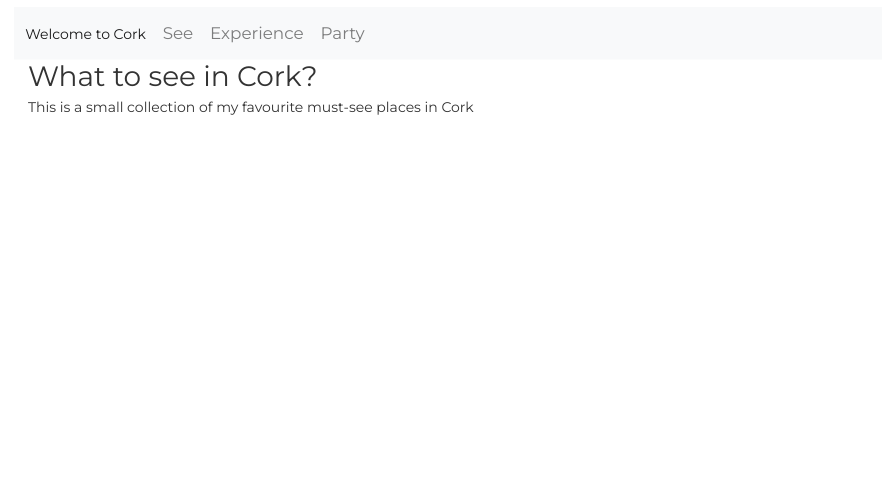
Repository: Maja-Jer/Welcome-to-Cork
Page: index.html
The author's editor kept a record of every edit. The page is drawn from the files as they stood at one moment, then again after the next edit.
The browser window is 1280 px wide. The pictures show the whole page, at 70% of full size.
Some web libraries are served in a nearby version.

Above is the page before.
Console error: TypeError: Cannot read properties of undefined (reading 'fn')

### index.html
<!DOCTYPE html>
<html lang="en">

<head>
    <meta charset="UTF-8">
    <meta name="viewport" content="width=device-width, initial-scale=1">
    <meta http-equiv="X-UA-Compatible" content="ie=edge">
    <link rel="stylesheet" href="https://stackpath.bootstrapcdn.com/bootstrap/4.3.1/css/bootstrap.min.css" integrity="sha384-ggOyR0iXCbMQv3Xipma34MD+dH/1fQ784/j6cY/iJTQUOhcWr7x9JvoRxT2MZw1T" crossorigin="anonymous">
    <script src="https://stackpath.bootstrapcdn.com/bootstrap/4.3.1/js/bootstrap.min.js" integrity="sha384-JjSmVgyd0p3pXB1rRibZUAYoIIy6OrQ6VrjIEaFf/nJGzIxFDsf4x0xIM+B07jRM" crossorigin="anonymous"></script>
    <link rel="stylesheet" href="https://use.fontawesome.com/releases/v5.6.1/css/all.css" integrity="sha384-gfdkjb5BdAXd+lj+gudLWI+BXq4IuLW5IT+brZEZsLFm++aCMlF1V92rMkPaX4PP" crossorigin="anonymous">
    <link href="https://fonts.googleapis.com/css?family=Montserrat" rel="stylesheet">
    <link rel="stylesheet" href="assets/style.css" type="text/css" />
    <title>Welcome to Cork, the REAL capital of Ireland</title>
</head>

<body>

    <!---------------Navgation-------->
    <nav class="navbar navbar-light bg-light navbar-expand-sm">
        <a href="/" class="navbar-brand">Welcome to Cork</a>

        <!---------------Dropdown menu-------->
        <button class="navbar-toggler ml-auto" type="button" data-toggle="collapse" data-target="#navbarNavDropdown" aria-controls="navbarNavDropdown" aria-expanded="false" aria-label="Toggle navigation">
        <span class="navbar-toggler-icon"></span></button>

        <div class="collapse navbar-collapse" id="navbarNavDropdown">
            <ul class="navbar-nav mr-auto">
                <li class="nav-item mr-2"><a class="nav-link" href="#see">See</a></li>
                <li class="nav-item mr-2"><a class="nav-link" href="#experience">Experience</a></li>
                <li class="nav-item mr-2"><a class="nav-link" href="#party">Party</a></li>

            </ul>
        </div>

    </nav>

    <!--------------- Title -------->
    <div class="container-fluid title">
       <h1>What to see in Cork?</h1>
       <h5>This is a small collection of my favourite must-see places in Cork</h5>
    </div>


    <!--------------- Sites -------->

    <div class="container-fluid all-sites>


    </div>


     <!--------------- Footer -------->

    <footer class="bg-secondary mt-5 p-3">
        <div class="container-fluid">
            <div class="col-12 text-white">
                <h3>Developed by Maja Jercic 2019</h3>
            </div>
        </div>
    </footer>

    <script src="https://stackpath.bootstrapcdn.com/bootstrap/4.3.1/js/bootstrap.min.js" integrity="sha384-JjSmVgyd0p3pXB1rRibZUAYoIIy6OrQ6VrjIEaFf/nJGzIxFDsf4x0xIM+B07jRM" crossorigin="anonymous"></script>
    <script src="https://code.jquery.com/jquery-3.3.1.slim.min.js" integrity="sha384-q8i/X+965DzO0rT7abK41JStQIAqVgRVzpbzo5smXKp4YfRvH+8abtTE1Pi6jizo" crossorigin="anonymous"></script>
    <script src="https://cdnjs.cloudflare.com/ajax/libs/popper.js/1.14.7/umd/popper.min.js" integrity="sha384-UO2eT0CpHqdSJQ6hJty5KVphtPhzWj9WO1clHTMGa3JDZwrnQq4sF86dIHNDz0W1" crossorigin="anonymous"></script>

</body>


</html>

### assets/style.css
/*----------------------- header*/

head {
  font-family: 'Roboto', sans-serif;
}

body {
  font: 20px Montserrat, sans-serif;
  line-height: 1.8;
  color: #333;
  display: block;
  padding: 10px 20px 75px 20px;


}

/*----------------------navigation bar*/

ul {
  list-style-type: none;
  margin: 0;
  padding: 0;
  overflow: hidden;
  font-weight: normal;
  font-size: 24px;
}

li {
  float: left;
}

navbar-brand {
  color: black;
}

li a {
  display: block;
  color: white;
  text-align: center;
  padding: 14px 16px;
  text-decoration: none;

}

li a:hover {
  background-color: #9FA8DA;
  color: white;
  text-decoration: none;
  font-weight: bold;
}

/*---------------------end of navigation bar*/

.main-container {


}
.container-main-photo {
  max-height: 300px
  max-width: 80%;

}

/* ---------------------------------- Article*/
.article {
  position: relative;
  vertical-align: top;
  background-color: #fff
  margin-bottom: 1em;
  max-width: 830px;
  padding: 2em 0 0 0;
  text-align: left;
}

.site-photo {
  position: relative;
  text-align: center;
  margin-bottom: 1.6em;
}

.site-description {
  margin: 2em 5% 2em 5%;
  font-size: 1.1em;
  line-height: 1.7;
  color: #333;
}


/* ---------------------------------- Title*/

.title {
  text-align: left;
  padding-left:20px;
}

.title-row {
  padding-top: 20px;
  padding-bottom: 20px;


}
/* ---------------------------------- Containers*/

.center {
  display: block;
  margin-left: auto;
  margin-right: auto;
  width: 50%;
}

.container-main-photo {
  max-height: 730px;
  max-width: 1160px;
  padding: 30px;
  margin: 10px;
  overflow: auto;
}


#container-about-cork {
  font-size: 16px;
  margin: 25px 50px 75px;
  padding: 30px;


}
@media screen and (min-width: 600px) {
#container-about-cork {
  font-size: 18px;
  margin: 25px 20px 75px 20px;
  }
}
@media screen and (max-width: 600px) {
#container-about-cork {
  font-size: 14px;
  margin: 25px 10px 75px 20px;
  }
}

.container-ucc-campus {

}



/*---------------------footer*/

.p-3 {
    padding: 1rem!important;
}

.mt-5, .my-5 {
    margin-top: 3rem!important;

}

.bg-secondary {
    background-color: #6c757d!important;
}

.footer {
  width: 100%;
  margin-right: auto;
  margin-left: auto;
}

.text-white {
  color: #fff!important;
}

.col-12 {
  -ms-flex: 0 0 100%;
  flex: 0 0 100%;
  max-width: 100%;
  text-align: center;
}

After the next edit:
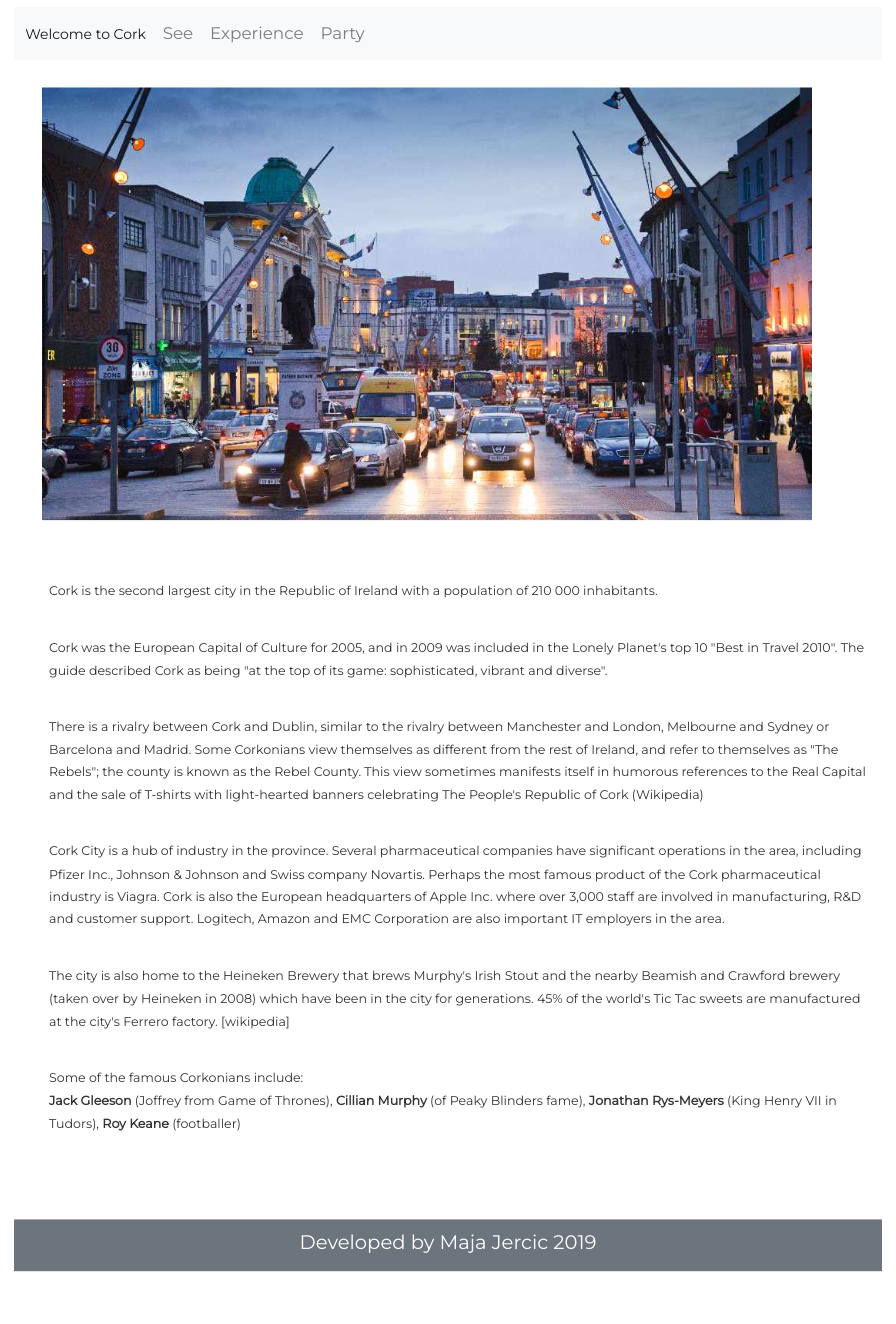
The edit:
--- a/index.html
+++ b/index.html
@@ -34,18 +34,37 @@
 
     </nav>
 
-    <!--------------- Title -------->
-    <div class="container-fluid title">
-       <h1>What to see in Cork?</h1>
-       <h5>This is a small collection of my favourite must-see places in Cork</h5>
-    </div>
+    <!--------------- Main photo -------->
+    <div class="main-container">
+        <div class="container-main-photo">
+            <img class="img-fluid" src="assets/photos/patrick_street.jpg" alt="Cork City" width=100%>
+        </div>
 
 
-    <!--------------- Sites -------->
-
-    <div class="container-fluid all-sites>
 
 
+        <!--------------- About Cork -------->
+
+    <div class="container-fluid" id="container-about-cork">
+        <p class= "description">Cork is the second largest city in the Republic of Ireland with a population of 210 000 inhabitants.</p>
+        <br>
+        <p>Cork was the European Capital of Culture for 2005, and in 2009 was included in the Lonely Planet's top 10 "Best in Travel 2010". The guide described Cork as being "at the top of its game: sophisticated, vibrant and diverse".
+        </p>
+        <br>
+        <p>There is a rivalry between Cork and Dublin, similar to the rivalry between Manchester and London, Melbourne and Sydney or Barcelona and Madrid. Some Corkonians view themselves as different from the rest of Ireland, and refer to themselves
+            as "The Rebels"; the county is known as the Rebel County. This view sometimes manifests itself in humorous references to the Real Capital and the sale of T-shirts with light-hearted banners celebrating The People's Republic of Cork (Wikipedia)
+        </p>
+        <br>
+        <p>Cork City is a hub of industry in the province. Several pharmaceutical companies have significant operations in the area, including Pfizer Inc., Johnson & Johnson and Swiss company Novartis. Perhaps the most famous product of the Cork pharmaceutical
+            industry is Viagra. Cork is also the European headquarters of Apple Inc. where over 3,000 staff are involved in manufacturing, R&D and customer support. Logitech, Amazon and EMC Corporation are also important IT employers in the area.
+        </p>
+        <br>
+        <p>The city is also home to the Heineken Brewery that brews Murphy's Irish Stout and the nearby Beamish and Crawford brewery (taken over by Heineken in 2008) which have been in the city for generations. 45% of the world's Tic Tac sweets are manufactured
+            at the city's Ferrero factory. [wikipedia]
+        </p>
+        <br>
+        <p>Some of the famous Corkonians include: <br><strong>Jack Gleeson</strong> (Joffrey from Game of Thrones), <strong>Cillian Murphy</strong> (of Peaky Blinders fame), <strong>Jonathan Rys-Meyers</strong> (King Henry VII in Tudors), <strong>Roy Keane</strong>                (footballer)
+        </p>
     </div>
 
 
